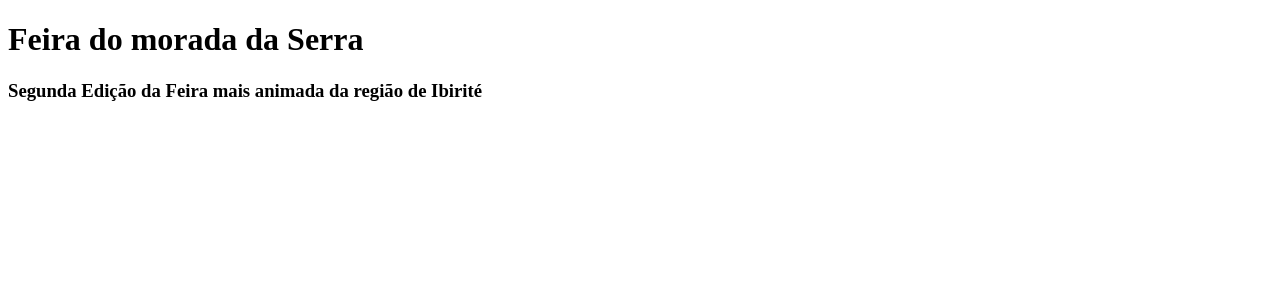
Repository: valerianogueirasilva/feiraibirite
Page: SoacialProject/Index.html
An editor plug-in stored every save of this project. The page is shown before and after the next save, followed by the edit.
The browser window is 1280 px wide. The pictures show the whole page.

Above is the page before, as saved 2022-07-11 13:25:55.

### SoacialProject/Index.html
<!DOCTYPE html>
<html>
<head>
<meta charset="ISO-8859-1">
<title>Feira Social do Morada da Serra</title>
<header>
<h1 id="H1HeaderId" class="H1HeaderClass">Feira do morada da Serra</h1>
<h3 id="H3HeaderId" class="H3HeaderClass">Segunda Edição da Feira mais animada da região de Ibirité</h3>

</head>
<body>

</body>
</html>

After the next save:
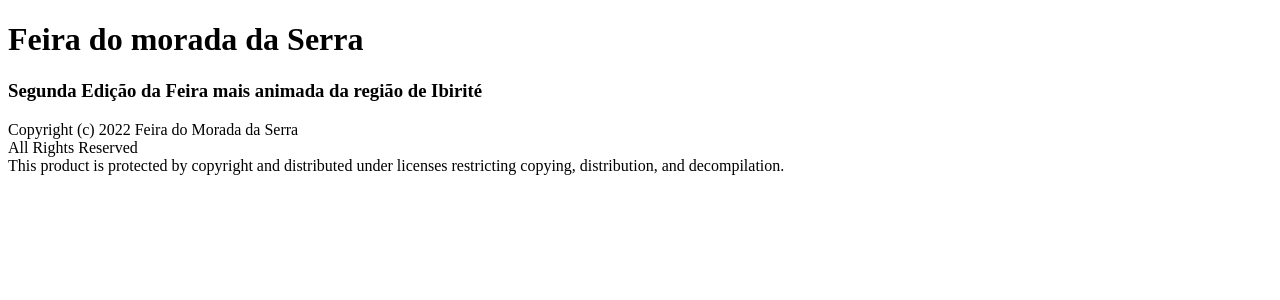
Saved 3 min 13 s later.
--- a/SoacialProject/Index.html
+++ b/SoacialProject/Index.html
@@ -10,5 +10,14 @@
 </head>
 <body>
 
+
+
+
+
+<footer>Copyright (c) 2022 Feira do Morada da Serra <br> All Rights Reserved <br>
+
+This product is protected by copyright and distributed under
+licenses restricting copying, distribution, and decompilation. </footer>
+
 </body>
 </html>
